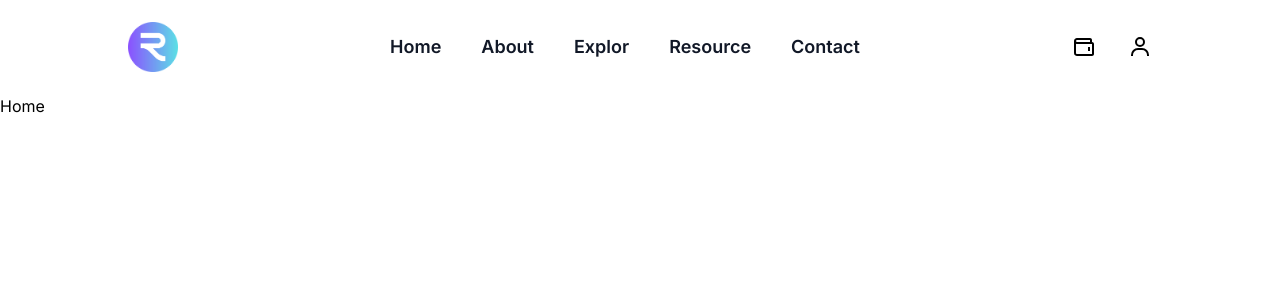
Repository: longblue2910/rimdasilva-ui
Page: /
The author's editor kept a copy of each file at every save. The page is drawn from the files as they stood at one save, then again after the next save.
The browser window is 1280 px wide. The pictures show the whole page.
The project was rebuilt for these pictures with package versions that can differ from the ones it lists, and the page was loaded fresh each time. The framework's server and built-in components were replaced by stand-ins that run in the browser. Also part of the build but not shown: next.config.mjs.

Above is the page before, as saved 2024-08-09 14:28:04.

### app/layout.tsx
import type { Metadata } from "next";
import { Inter } from "next/font/google";
import "./globals.css";
import ReponsiveNav from "@/components/Home/Navbar/ReponsiveNav";

const inter = Inter({ subsets: ["vietnamese"] });

export const metadata: Metadata = {
  title: "Rimdasilva Dev Blog",
  description: "Rimdasilva Dev Blog",
};

export default function RootLayout({
  children,
}: Readonly<{
  children: React.ReactNode;
}>) {
  return (
    <html lang="en">
      <body className={inter.className}>
        <ReponsiveNav />
        {children}
      </body>
    </html>
  );
}

### app/page.tsx
import Home from "@/components/Home/Home";

const HomePage = () => {
  return (
    <div>
      <Home />
    </div>
  );
};

export default HomePage;

### components/Home/Navbar/ReponsiveNav.tsx
import React from "react";
import Nav from "./Nav";
import MobileNav from "./MobileNav";

const ReponsiveNav = () => {
  return (
    <>
      <Nav />
      <MobileNav />
    </>
  );
};

export default ReponsiveNav;

### components/Home/Navbar/Nav.tsx
import { navLinks } from "@/constant/Constant";
import Image from "next/image";
import Link from "next/link";
import React from "react";
import { BiUser, BiWallet } from "react-icons/bi";
import { FaBars } from "react-icons/fa";

const Nav = () => {
  return (
    <div className="w-full h-[13vh]">
      <div className="w-[95%] sm:w-[85%] md:w-[80%] h-full mx-auto flex items-center justify-between">
        {/* Logo */}
        <Image
          src="/images/logo.png"
          alt="Logo"
          width={50}
          objectFit="cover"
          height={50}
        />

        {/* Nav Links */}
        <div className="lg:flex hidden items-center space-x-10 hover:text-blue-800 transition-all duration-200 text-gray-900">
          {navLinks.map((link) => {
            return (
              <Link href={link.url} key={link.id}>
                <p className="text-lg font-semibold cursor-pointer">
                  {link.label}
                </p>
              </Link>
            );
          })}
        </div>

        {/* Icons */}
        <div className="flex items-center space-x-8">
          <BiWallet className="w-6 h-6 cursor-pointer hover:text-red-600 " />
          <BiUser className="w-6 h-6 cursor-pointer hover:text-red-600 " />
          <FaBars className="lg:hidden w-6 h-6 cursor-pointer hover:text-red-600 " />
        </div>
      </div>
    </div>
  );
};

export default Nav;

### components/Home/Navbar/MobileNav.tsx
import React from "react";

const MobileNav = () => {
  return <div className="transform transition-all duration-500 fixed top-0 left-0 z-[200] h-[100vh] right-0 bottom-0 bg-[#]"></div>;
};

export default MobileNav;

### constant/Constant.ts
export const navLinks = [
  {
    id: 1,
    url: "#",
    label: "Home",
  },
  {
    id: 2,
    url: "#",
    label: "About",
  },
  {
    id: 3,
    url: "#",
    label: "Explor",
  },
  {
    id: 4,
    url: "#",
    label: "Resource",
  },
  {
    id: 5,
    url: "#",
    label: "Contact",
  },
];

Loaded but not shown: app/globals.css (common file); components/Home/Home.tsx (common file); tailwind.config.ts (common file)

After the next save:
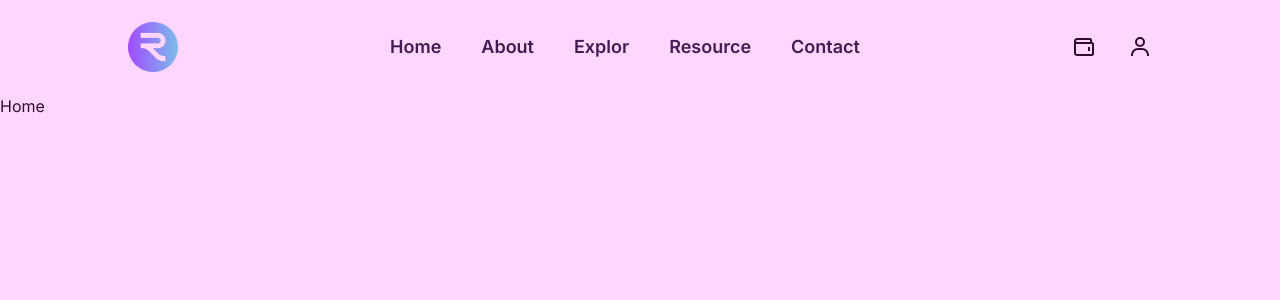
Saved 6 s later.
--- a/components/Home/Navbar/MobileNav.tsx
+++ b/components/Home/Navbar/MobileNav.tsx
@@ -1,7 +1,7 @@
 import React from "react";
 
 const MobileNav = () => {
-  return <div className="transform transition-all duration-500 fixed top-0 left-0 z-[200] h-[100vh] right-0 bottom-0 bg-[#]"></div>;
+  return <div className="transform transition-all duration-500 fixed top-0 left-0 z-[200] h-[100vh] right-0 bottom-0 bg-[#f3f3]"></div>;
 };
 
 export default MobileNav;
